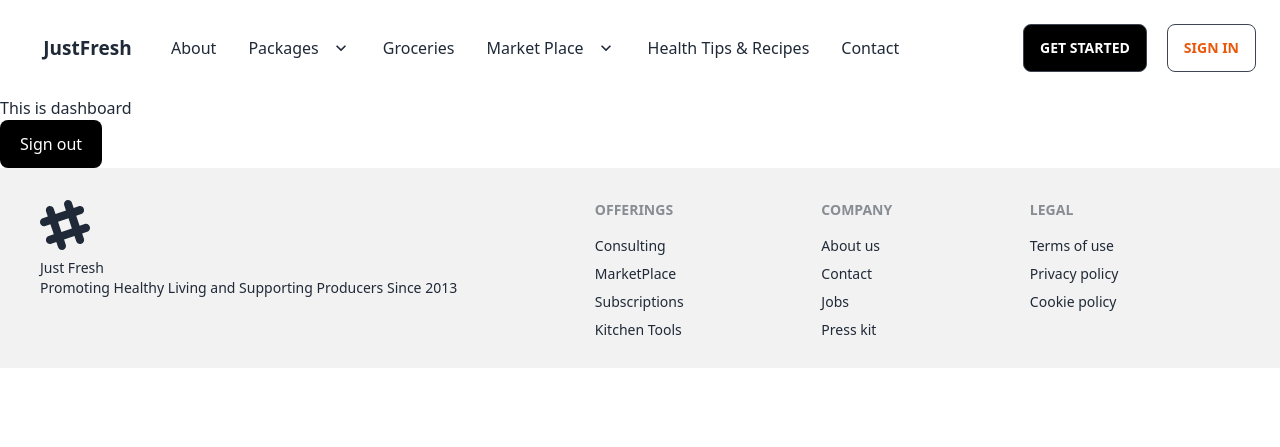
Repository: buzzedison/justfreshnew
Page: /dashboard
An editor plug-in stored every save of this project. The page is shown before and after the next save, followed by the edit.
The browser window is 1280 px wide. The pictures show the whole page.
The project was rebuilt for these pictures with package versions that can differ from the ones it lists, and the page was loaded fresh each time. The framework's server and built-in components were replaced by stand-ins that run in the browser. Also part of the build but not shown: svelte.config.js, vite.config.js.

Above is the page before, as saved 2023-04-05 11:27:58.

### src/routes/+layout.svelte
<script>
  import "../app.css";

  import Navbar from "../components/Navbar.svelte";
  import Footer from "../components/Footer.svelte";
</script>

<div>
  <Navbar />
  <slot />
  <Footer />
</div>

### src/routes/dashboard/+page.svelte
<script>
  import { authHandlers } from "$stores/store.js";

  async function handleSignOut() {
    try {
      await authHandlers.logout();
      // Redirect or perform any other action after signing out
    } catch (error) {
      console.error("Error signing out:", error);
    }
  }
</script>

<div>
  <h1>This is dashboard</h1>

  <button
    class="bg-black py-3 px-5 text-white rounded-lg"
    on:click={handleSignOut}>Sign out</button
  >
</div>

### src/components/Navbar.svelte
<!-- src/components/Navbar.svelte -->
<!-- <nav class="bg-white shadow-sm">
  <div class="container mx-auto px-4">
    <div class="flex items-center justify-between py-4">
      <div class="text-2xl font-bold text-orange-600">Just Fresh</div>
      <ul class="flex items-center space-x-4 text-gray-700">
        <li>
          <a href="/" class="hover:text-orange-600"> About </a>
        </li>
        <li>
          <a href="/juices" class="hover:text-orange-600"> Drinks </a>
        </li>
        <li>
          <a href="/groceries" class="hover:text-orange-600"> Groceries </a>
        </li>
        <li>
          <a href="/marketplace" class="hover:text-orange-600"> Marketplace </a>
        </li>
        <li>
          <a href="/packages" class="hover:text-orange-600"> Packages </a>
        </li>
        <li>
          <a href="/contact" class="hover:text-orange-600">
            Health Tips & Recipes
          </a>
        </li>
      </ul>
    </div>
  </div>
</nav> -->

<script>
  import { onMount } from "svelte";

  onMount(() => {
    // Your JavaScript code for the component goes here, if needed
  });
</script>

<div class="container mx-auto px-4">
  <div class="navbar bg-base-100">
    <div class="navbar-start">
      <!-- Mobile menu -->
      <div class="dropdown lg:hidden">
        <button class="btn btn-ghost">
          <svg
            xmlns="http://www.w3.org/2000/svg"
            class="h-5 w-5"
            fill="none"
            viewBox="0 0 24 24"
            stroke="currentColor"
            ><path
              stroke-linecap="round"
              stroke-linejoin="round"
              stroke-width="2"
              d="M4 6h16M4 12h8m-8 6h16"
            /></svg
          >
        </button>
        <ul
          class="menu menu-compact dropdown-content mt-3 p-2 shadow bg-base-100 rounded-box w-52"
        >
          <li><a href="/">About</a></li>
          <li>
            <button class="justify-between w-full text-left">
              Parent
              <svg
                class="fill-current"
                xmlns="http://www.w3.org/2000/svg"
                width="24"
                height="24"
                viewBox="0 0 24 24"
                ><path
                  d="M8.59,16.58L13.17,12L8.59,7.41L10,6L16,12L10,18L8.59,16.58Z"
                /></svg
              >
            </button>
            <ul class="p-2">
              <li><a href="/">Submenu 1</a></li>
              <li><a href="/">Submenu 2</a></li>
            </ul>
          </li>
          <li><a href="/">Item 3</a></li>
        </ul>
      </div>

      <!-- Desktop menu -->
      <div class="flex items-center justify-between py-4">
        <div class="hidden lg:flex">
          <a href="/" class="btn btn-ghost normal-case text-xl">JustFresh</a>
          <ul class="menu menu-horizontal px-1">
            <li><a href="/">About</a></li>
            <li>
              <button class="justify-between">
                Packages
                <svg
                  class="fill-current"
                  xmlns="http://www.w3.org/2000/svg"
                  width="20"
                  height="20"
                  viewBox="0 0 24 24"
                  ><path
                    d="M7.41,8.58L12,13.17L16.59,8.58L18,10L12,16L6,10L7.41,8.58Z"
                  /></svg
                >
              </button>
              <ul class="p-2">
                <li><a href="/">Cleanse Week</a></li>
                <li><a href="/">Subscription </a></li>
                <li><a href="/">Food & Fitness </a></li>
              </ul>
            </li>
            <li><a href="/">Groceries</a></li>

            <li>
              <button class="justify-between">
                Market Place
                <svg
                  class="fill-current"
                  xmlns="http://www.w3.org/2000/svg"
                  width="20"
                  height="20"
                  viewBox="0 0 24 24"
                  ><path
                    d="M7.41,8.58L12,13.17L16.59,8.58L18,10L12,16L6,10L7.41,8.58Z"
                  /></svg
                >
              </button>
              <ul class="p-2">
                <li><a href="/">Juices</a></li>
                <li><a href="/">Food </a></li>
                <li><a href="/">Kitchen Tools </a></li>
              </ul>
            </li>

            <li><a href="/">Health Tips & Recipes</a></li>
            <li><a href="/">Contact</a></li>
          </ul>
        </div>
      </div>
    </div>
    <div class="navbar-end">
      <a href="/" class="btn bg-black">Get started</a>
      <a href="/" class="btn bg-transparent text-orange-600 outline-2 ml-5"
        >Sign in</a
      >
    </div>
  </div>
</div>

<style>
  /* Add any component-specific styles here */
</style>

### src/components/Footer.svelte
<script>
  // You can add any necessary script here
</script>

<!-- <footer class="bg-gray-800 text-white px-8 py-14">
  <div class="container mx-auto">
    <div class="grid grid-cols-1 md:grid-cols-6 gap-8 mb-8">
      <div class="font-semibold text-lg">Just Fresh</div>
      <div class="font-semibold text-lg">Drinks</div>
      <div class="font-semibold text-lg">Groceries</div>
      <div class="font-semibold text-lg">Marketplace</div>
      <div class="font-semibold text-lg">Packages</div>
      <div class="font-semibold text-lg">Health Tips & Recipes</div>
    </div>
    <hr class="border-gray-600" />
    <div class="flex flex-wrap justify-between mt-8 text-sm">
      <div>
        &copy; {new Date().getFullYear()} Just Fresh. All rights reserved.
      </div>
      <div class="flex flex-wrap gap-4 mt-4 md:mt-0">
        <a href="/contact" class="hover:text-gray-300">Contact</a>
        <a href="/privacy-policy" class="hover:text-gray-300">Privacy Policy</a>
        <a href="/return-policy" class="hover:text-gray-300">Return Policy</a>
      </div>
    </div>
  </div>
</footer> -->

<footer class="footer p-10 bg-base-200 text-base-content py-7 pt-8">
  <div>
    <svg
      width="50"
      height="50"
      viewBox="0 0 24 24"
      xmlns="http://www.w3.org/2000/svg"
      fill-rule="evenodd"
      clip-rule="evenodd"
      class="fill-current"
      ><path
        d="M22.672 15.226l-2.432.811.841 2.515c.33 1.019-.209 2.127-1.23 2.456-1.15.325-2.148-.321-2.463-1.226l-.84-2.518-5.013 1.677.84 2.517c.391 1.203-.434 2.542-1.831 2.542-.88 0-1.601-.564-1.86-1.314l-.842-2.516-2.431.809c-1.135.328-2.145-.317-2.463-1.229-.329-1.018.211-2.127 1.231-2.456l2.432-.809-1.621-4.823-2.432.808c-1.355.384-2.558-.59-2.558-1.839 0-.817.509-1.582 1.327-1.846l2.433-.809-.842-2.515c-.33-1.02.211-2.129 1.232-2.458 1.02-.329 2.13.209 2.461 1.229l.842 2.515 5.011-1.677-.839-2.517c-.403-1.238.484-2.553 1.843-2.553.819 0 1.585.509 1.85 1.326l.841 2.517 2.431-.81c1.02-.33 2.131.211 2.461 1.229.332 1.018-.21 2.126-1.23 2.456l-2.433.809 1.622 4.823 2.433-.809c1.242-.401 2.557.484 2.557 1.838 0 .819-.51 1.583-1.328 1.847m-8.992-6.428l-5.01 1.675 1.619 4.828 5.011-1.674-1.62-4.829z"
      /></svg
    >
    <p>
      Just Fresh<br />Promoting Healthy Living and Supporting Producers Since
      2013
    </p>
  </div>
  <div>
    <span class="footer-title">Offerings</span>
    <a href="/" class="link link-hover">Consulting</a>
    <a href="/" class="link link-hover">MarketPlace</a>
    <a href="/" class="link link-hover">Subscriptions</a>
    <a href="/" class="link link-hover">Kitchen Tools</a>
  </div>
  <div>
    <span class="footer-title">Company</span>
    <a href="/" class="link link-hover">About us</a>
    <a href="/" class="link link-hover">Contact</a>
    <a href="/" class="link link-hover">Jobs</a>
    <a href="/" class="link link-hover">Press kit</a>
  </div>
  <div>
    <span class="footer-title">Legal</span>
    <a href="/" class="link link-hover">Terms of use</a>
    <a href="/" class="link link-hover">Privacy policy</a>
    <a href="/" class="link link-hover">Cookie policy</a>
  </div>
</footer>

<style>
  /* Add any necessary custom styles here */
</style>

### tailwind.config.cjs
/** @type {import('tailwindcss').Config} */
module.exports = {
  content: ['./src/**/*.{html,js,svelte,ts}'],
  daisyui: {
    themes: ["light", "dark", "cupcake", "bumblebee", "emerald", "corporate", "synthwave", "retro", "cyberpunk", "valentine", "halloween", "garden", "forest", "aqua", "lofi", "pastel", "fantasy", "wireframe", "black", "luxury", "dracula", "cmyk", "autumn", "business", "acid", "lemonade", "night", "coffee", "winter"],
    extend: {},

  },
  plugins: [require("daisyui")],
}

Loaded but not shown: src/app.html (common file); src/app.css (common file)

After the next save:
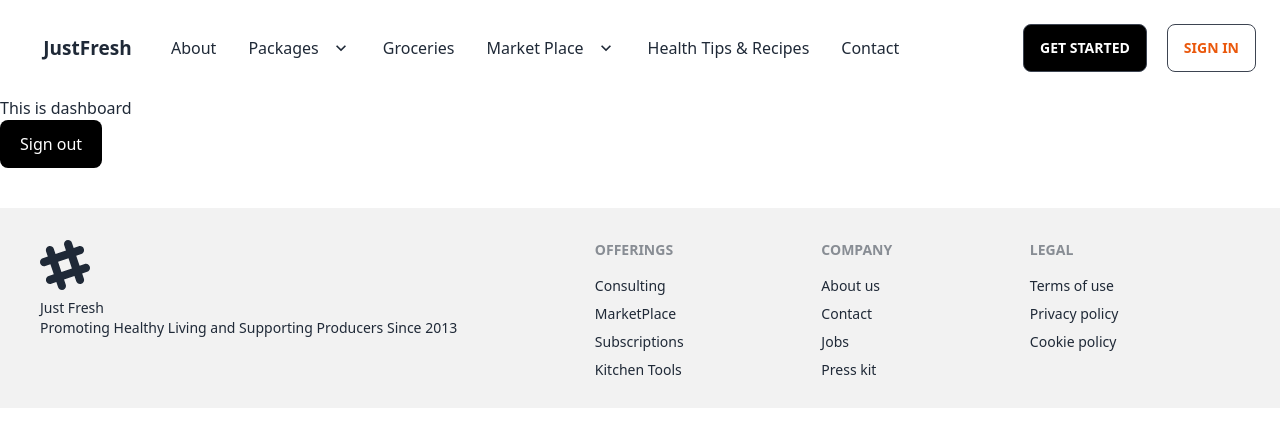
Saved 44 s later.
--- a/src/components/Footer.svelte
+++ b/src/components/Footer.svelte
@@ -25,47 +25,48 @@
     </div>
   </div>
 </footer> -->
-
-<footer class="footer p-10 bg-base-200 text-base-content py-7 pt-8">
-  <div>
-    <svg
-      width="50"
-      height="50"
-      viewBox="0 0 24 24"
-      xmlns="http://www.w3.org/2000/svg"
-      fill-rule="evenodd"
-      clip-rule="evenodd"
-      class="fill-current"
-      ><path
-        d="M22.672 15.226l-2.432.811.841 2.515c.33 1.019-.209 2.127-1.23 2.456-1.15.325-2.148-.321-2.463-1.226l-.84-2.518-5.013 1.677.84 2.517c.391 1.203-.434 2.542-1.831 2.542-.88 0-1.601-.564-1.86-1.314l-.842-2.516-2.431.809c-1.135.328-2.145-.317-2.463-1.229-.329-1.018.211-2.127 1.231-2.456l2.432-.809-1.621-4.823-2.432.808c-1.355.384-2.558-.59-2.558-1.839 0-.817.509-1.582 1.327-1.846l2.433-.809-.842-2.515c-.33-1.02.211-2.129 1.232-2.458 1.02-.329 2.13.209 2.461 1.229l.842 2.515 5.011-1.677-.839-2.517c-.403-1.238.484-2.553 1.843-2.553.819 0 1.585.509 1.85 1.326l.841 2.517 2.431-.81c1.02-.33 2.131.211 2.461 1.229.332 1.018-.21 2.126-1.23 2.456l-2.433.809 1.622 4.823 2.433-.809c1.242-.401 2.557.484 2.557 1.838 0 .819-.51 1.583-1.328 1.847m-8.992-6.428l-5.01 1.675 1.619 4.828 5.011-1.674-1.62-4.829z"
-      /></svg
-    >
-    <p>
-      Just Fresh<br />Promoting Healthy Living and Supporting Producers Since
-      2013
-    </p>
-  </div>
-  <div>
-    <span class="footer-title">Offerings</span>
-    <a href="/" class="link link-hover">Consulting</a>
-    <a href="/" class="link link-hover">MarketPlace</a>
-    <a href="/" class="link link-hover">Subscriptions</a>
-    <a href="/" class="link link-hover">Kitchen Tools</a>
-  </div>
-  <div>
-    <span class="footer-title">Company</span>
-    <a href="/" class="link link-hover">About us</a>
-    <a href="/" class="link link-hover">Contact</a>
-    <a href="/" class="link link-hover">Jobs</a>
-    <a href="/" class="link link-hover">Press kit</a>
-  </div>
-  <div>
-    <span class="footer-title">Legal</span>
-    <a href="/" class="link link-hover">Terms of use</a>
-    <a href="/" class="link link-hover">Privacy policy</a>
-    <a href="/" class="link link-hover">Cookie policy</a>
-  </div>
-</footer>
+<div class="mt-10">
+  <footer class="footer p-10 bg-base-200 text-base-content py-7 pt-8">
+    <div>
+      <svg
+        width="50"
+        height="50"
+        viewBox="0 0 24 24"
+        xmlns="http://www.w3.org/2000/svg"
+        fill-rule="evenodd"
+        clip-rule="evenodd"
+        class="fill-current"
+        ><path
+          d="M22.672 15.226l-2.432.811.841 2.515c.33 1.019-.209 2.127-1.23 2.456-1.15.325-2.148-.321-2.463-1.226l-.84-2.518-5.013 1.677.84 2.517c.391 1.203-.434 2.542-1.831 2.542-.88 0-1.601-.564-1.86-1.314l-.842-2.516-2.431.809c-1.135.328-2.145-.317-2.463-1.229-.329-1.018.211-2.127 1.231-2.456l2.432-.809-1.621-4.823-2.432.808c-1.355.384-2.558-.59-2.558-1.839 0-.817.509-1.582 1.327-1.846l2.433-.809-.842-2.515c-.33-1.02.211-2.129 1.232-2.458 1.02-.329 2.13.209 2.461 1.229l.842 2.515 5.011-1.677-.839-2.517c-.403-1.238.484-2.553 1.843-2.553.819 0 1.585.509 1.85 1.326l.841 2.517 2.431-.81c1.02-.33 2.131.211 2.461 1.229.332 1.018-.21 2.126-1.23 2.456l-2.433.809 1.622 4.823 2.433-.809c1.242-.401 2.557.484 2.557 1.838 0 .819-.51 1.583-1.328 1.847m-8.992-6.428l-5.01 1.675 1.619 4.828 5.011-1.674-1.62-4.829z"
+        /></svg
+      >
+      <p>
+        Just Fresh<br />Promoting Healthy Living and Supporting Producers Since
+        2013
+      </p>
+    </div>
+    <div>
+      <span class="footer-title">Offerings</span>
+      <a href="/" class="link link-hover">Consulting</a>
+      <a href="/" class="link link-hover">MarketPlace</a>
+      <a href="/" class="link link-hover">Subscriptions</a>
+      <a href="/" class="link link-hover">Kitchen Tools</a>
+    </div>
+    <div>
+      <span class="footer-title">Company</span>
+      <a href="/" class="link link-hover">About us</a>
+      <a href="/" class="link link-hover">Contact</a>
+      <a href="/" class="link link-hover">Jobs</a>
+      <a href="/" class="link link-hover">Press kit</a>
+    </div>
+    <div>
+      <span class="footer-title">Legal</span>
+      <a href="/" class="link link-hover">Terms of use</a>
+      <a href="/" class="link link-hover">Privacy policy</a>
+      <a href="/" class="link link-hover">Cookie policy</a>
+    </div>
+  </footer>
+</div>
 
 <style>
   /* Add any necessary custom styles here */
